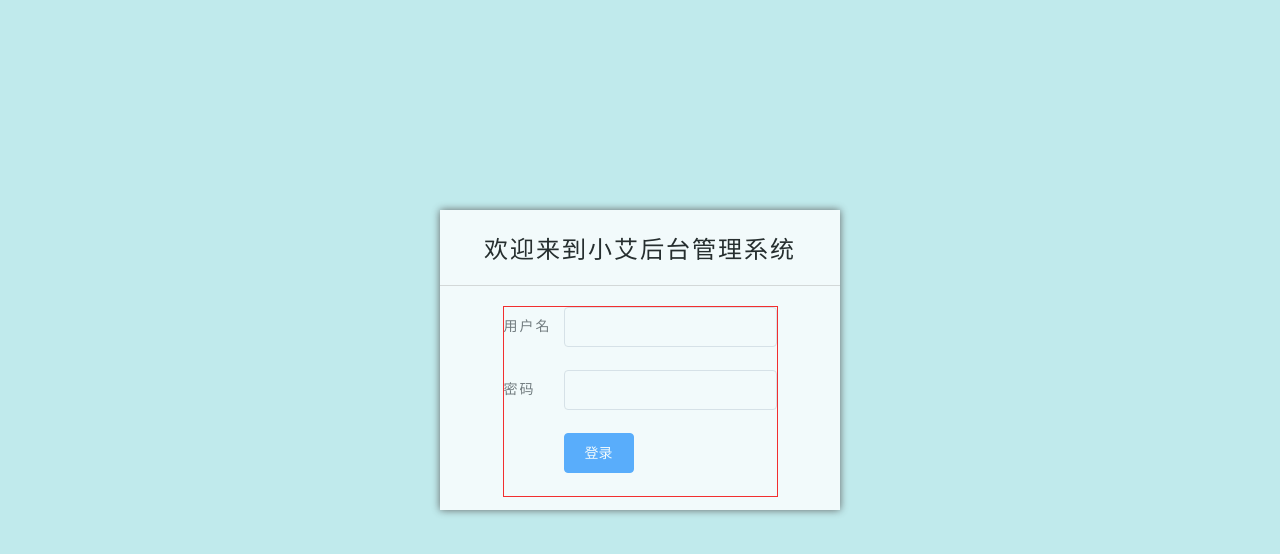
Repository: noob-injoker/router-slots-cw-ee
Page: /Login
These files come from the project's save history. The page is drawn as it stood at one moment and after the next save; the edit follows.
The browser window is 1280 px wide. The pictures show the whole page.
The project was rebuilt for these pictures with package versions that can differ from the ones it lists, and the page was loaded fresh each time. Also part of the build but not shown: vue.config.js, src/views/Home.vue, src/views/Layout.vue.

Above is the page before, as saved 2020-08-29 21:05:59.

After the next save:
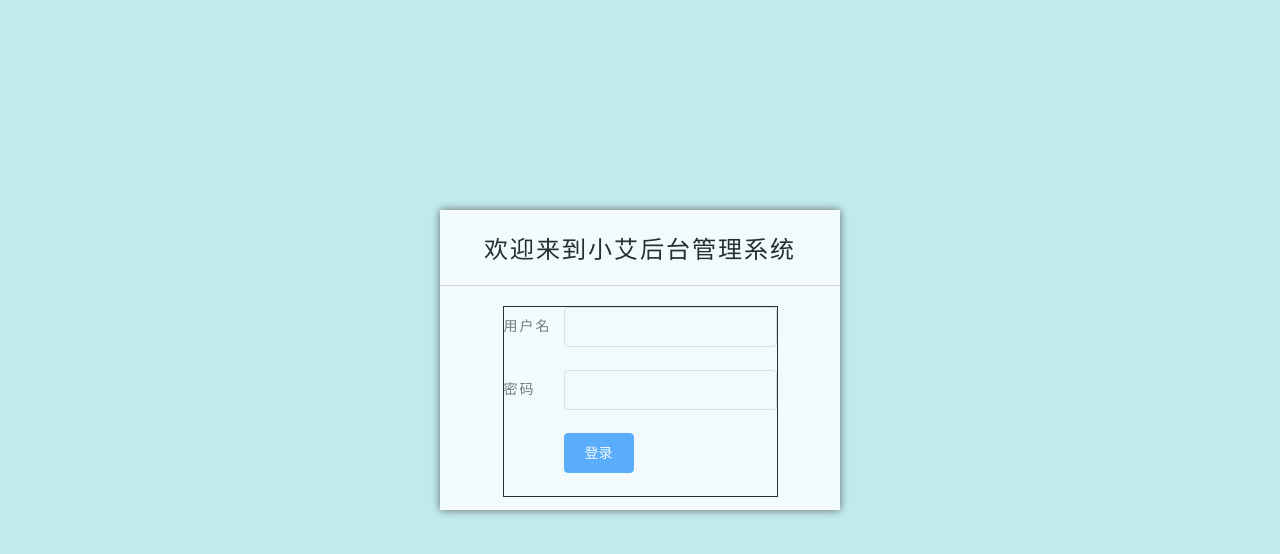
Saved 11 s later.
--- a/src/views/Login.vue
+++ b/src/views/Login.vue
@@ -118,10 +118,6 @@ export default {
   background: rgb(216, 212, 212);
 }
 
-.b1 {
-  border: 1px solid red;
-}
-
 .title {
   margin-top: 20px;
   font-size: 24px;
